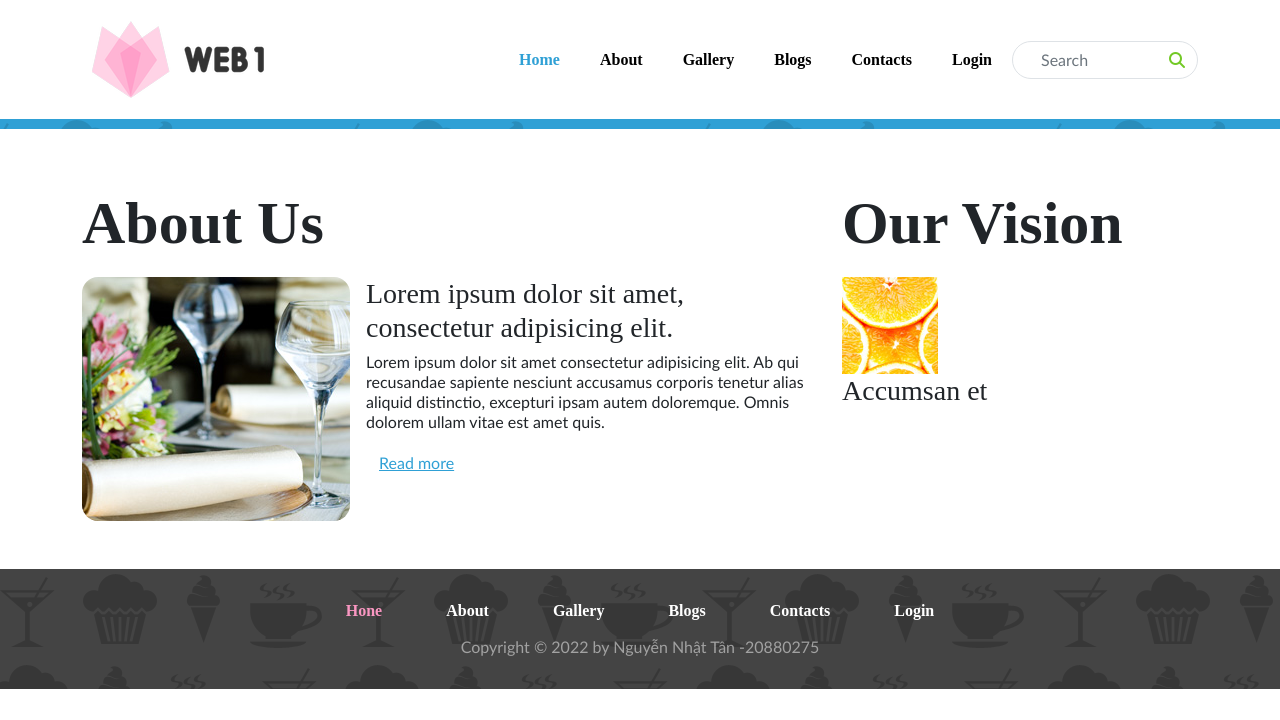
Repository: carembanhkem/web1-20880275
Page: about.html
The author's editor kept a copy of each file at every save. The page is drawn from the files as they stood at one save, then again after a run of saves.
The browser window is 1280 px wide. The pictures show the whole page.
Some web fonts or font styles are not loaded; a fallback is used. Some web libraries are served in a nearby version.

Above is the page before, as saved 2023-02-06 11:17:38.
Console error: ReferenceError: bootstrap is not defined

### about.html
<!doctype html>
<html lang="en">

<head>
    <title>20880275 - Web1 Project</title>
    <!-- Required meta tags -->
    <meta charset="utf-8">
    <meta name="viewport" content="width=device-width, initial-scale=1, shrink-to-fit=no">
    <!-- Favicon-->
    <link rel="shortcut icon" href="images/favicon.ico" type="image/x-icon">
    <!-- FontAweSome-->
    <script src="https://kit.fontawesome.com/ee054dad92.js" crossorigin="anonymous"></script>
    <!-- Google Fonts -->
    <link rel="preconnect" href="https://fonts.googleapis.com">
    <link rel="preconnect" href="https://fonts.gstatic.com" crossorigin>
    <link href="https://fonts.googleapis.com/css2?family=Changa+One&display=swap" rel="stylesheet">
    <!-- Bootstrap CSS v5.2.1 -->
    <link href="https://cdn.jsdelivr.net/npm/bootstrap@5.2.1/dist/css/bootstrap.min.css" rel="stylesheet"
        integrity="sha384-iYQeCzEYFbKjA/T2uDLTpkwGzCiq6soy8tYaI1GyVh/UjpbCx/TYkiZhlZB6+fzT" crossorigin="anonymous">
    <link rel="stylesheet" href="css/20880275.css">
</head>

<body>
    <header class="container">
        <nav class="navbar navbar-expand-sm navbar-light">
            <a class="navbar-brand" href="#">
                <img src="images/logo.png" alt="Web1 Logo">
            </a>
            <button class="navbar-toggler d-lg-none" type="button" data-bs-toggle="collapse" data-bs-target="#menu-header" aria-controls="menu-header"
                aria-expanded="false" aria-label="Toggle navigation"></button>
            <div class="collapse navbar-collapse" id="menu-header">
                <ul class="navbar-nav ms-auto mt-2 mt-lg-0">
                    <li class="nav-item">
                        <a class="nav-link active" href="index.html" aria-current="page">Home <span class="visually-hidden">(current)</span></a>
                    </li>
                    <li class="nav-item">
                        <a class="nav-link" href="about.html">About</a>
                    </li>
                    <li class="nav-item">
                        <a class="nav-link" href="gallery.html">Gallery</a>
                    </li>
                    <li class="nav-item">
                        <a class="nav-link" href="blogs.html">Blogs</a>
                    </li>
                    <li class="nav-item">
                        <a class="nav-link" href="contact.html">Contacts</a>
                    </li>
                    <li class="nav-item">
                        <a class="nav-link" href="#" data-bs-toggle="modal" data-bs-target="#modalLogin">Login</a>
                    </li>
                </ul>
                <form class="d-flex my-2 my-lg-0 border rounded-pill" id="formSearch">
                    <input class="form-control border-0 ms-3" type="text" placeholder="Search">
                    <button class="btn my-2 my-sm-0 border-0" type="submit"><i class="fa-solid fa-magnifying-glass"></i></button>
                </form>
            </div>
        </nav>
    </header>

    <section id="banner-small">

    </section>

    <section class="container py-5">
        <div class="row">
            <div class="col-8">
                <h1 class="py-3">About Us</h1>
                <div>
                    <img src="images/about-1.jpg" alt="About us" class="float-start rounded-4 me-3">
                    <h3>Lorem ipsum dolor sit amet, consectetur adipisicing elit.</h3>
                    <p>Lorem ipsum dolor sit amet consectetur adipisicing elit. Ab qui recusandae sapiente nesciunt accusamus corporis tenetur alias aliquid distinctio, excepturi ipsam autem doloremque. Omnis dolorem ullam vitae est amet quis.</p>
                    <a href="#" class="btn btn-link readmore">Read more</a>
                </div>
            </div>
            <div class="col-4">
                <h1 class="py-3">Our Vision</h1>
                <div>
                    <img src="images/vision/vision-1.jpg" alt="vision1">
                    <h3>Accumsan et</h3>

                </div>
            </div>
        </div>
    </section>

    <!-- Footer -->
    <footer class="text-center container-fluid text-white py-3">
        <ul class="nav justify-content-center py-3" id="menu-footer">
            <li class="nav-item">
                <a class="nav-link active" href="#" aria-current="page">Hone</a>
            </li>
            <li class="nav-item">
                <a class="nav-link" href="about.html">About</a>
            </li>
            <li class="nav-item">
                <a class="nav-link" href="gallery.html">Gallery</a>
            </li>
            <li class="nav-item">
                <a class="nav-link" href="blogs.html">Blogs</a>
            </li>
            <li class="nav-item">
                <a class="nav-link" href="contact.html">Contacts</a>
            </li>
            <li class="nav-item">
                <a class="nav-link" href="#" data-bs-toggle="modal" data-bs-target="#modalLogin">Login</a>
            </li>
        </ul>
        <p class="text-white-50">Copyright &copy; 2022 by  Nguyễn Nhật Tân -20880275</p>
    </footer>

    <!-- Modal Body -->
    <!-- if you want to close by clicking outside the modal, delete the last endpoint:data-bs-backdrop and data-bs-keyboard -->
    <div class="modal fade" id="modalLogin" tabindex="-1" data-bs-backdrop="static" data-bs-keyboard="false" role="dialog" aria-labelledby="modalTitleId" aria-hidden="true">
        <div class="modal-dialog modal-dialog-scrollable modal-dialog-centered modal-sm" role="document">
            <div class="modal-content">
                <div class="modal-header">
                    <button type="button" class="btn-close" data-bs-dismiss="modal" aria-label="Close"></button>
                </div>
                <div class="modal-body">
                    <form action="#" method="post" id="formLogin">
                        <h3 class="text-center">Login Form</h3>
                        <div class="mb-3">
                            <input type="text" name="username" id="username" placeholder="Username" class="form-control">
                        </div>
                        <div class="mb-3">
                            <input type="password" name="password" id="password" placeholder="Password" class="form-control">
                        </div>
                        <button type="submit" class="form-control btn">Login</button>
                    </form>
                </div>
                <div class="modal-footer">

                </div>
            </div>
        </div>
    </div>


    <!-- Optional: Place to the bottom of scripts -->
    <script>
        const myModal = new bootstrap.Modal(document.getElementById('modalLogin'), options)

    </script>

    <!-- Boostrap JavaScript Libraries -->
    <script src="https://cdn.jsdelivr.net/npm/@popperjs/core@2.11.6/dist/umd/popper.min.js"
        integrity="sha384-oBqDVmMz9ATKxIep9tiCxS/Z9fNfEXiDAYTujMAeBAsjFuCZSmKbSSUnQlmh/jp3" crossorigin="anonymous">
    </script>

    <script src="https://cdn.jsdelivr.net/npm/bootstrap@5.2.1/dist/js/bootstrap.min.js"
        integrity="sha384-7VPbUDkoPSGFnVtYi0QogXtr74QeVeeIs99Qfg5YCF+TidwNdjvaKZX19NZ/e6oz" crossorigin="anonymous">
    </script>
</body>

</html>

### css/20880275.css
:root {
    --web1-pink: #FA97C2;
    --web1-blue: #2FA0D5;
    --web1-green: #73C926;
}

body {
    font-family: 'Trebuchet MS', Arial, Helvetica, sans-serif;
    font-size: 16px;
    line-height: 20px;
}

h1, h2, h3, h4 {
    font-family: 'Changa One', cursive;
    font-weight: 400;
}

h1 {
    font-size: 60px;
    line-height: 60px;
    font-weight: 900;
}

/* Header */
#menu-header a {
    display: block;
    padding: 0 1.25rem;
    font-weight: bold;
    color: black;
    font-family: 'Changa One', cursive;
}
#menu-header a.active {
    color: var(--web1-blue);
}

#formSearch input {
    width: 8rem;
}

#formSearch i {
    color: var(--web1-green);
}

/* Banner */
#banner {
    background-image: url('../images/bg-banner.gif');
}

#banner > div {
    background: url('../images/logo_bg.png') left top no-repeat, url('../images/search_bg.png') right top no-repeat;
    padding: 5rem 0  3rem 0;
}

#banner a {
    background-color: var(--web1-pink);
    font-family: 'Changa One', cursive;
    font-size: 2rem;
}

#banner .carousel-item {
    min-height: 15rem; /*Do chieu cao khong co dinh nen minheight bang cai lon nhat de ko bi xe dich*/
}

#banner .carousel-indicators li {
    width: 1.2rem;
    height: 1.2rem;
    border-radius: 1.2rem; /* de no thanh hinh tron*/
    border: none; /* de no thanh hinh tron vi width = height = border radius*/
    margin: 0 0.25rem;
    position: relative;
}

#banner .carousel-indicators li span {
    position: absolute;
    top: 0.3rem;
    left: 0.3rem;
    width: 0.6rem;
    height: 0.6rem;
    border-radius: 0.6rem;
    border: none;
    text-align:left;
    text-indent: -9999px;
}

#banner .carousel-indicators li.active span{
    background-color: var(--web1-green);
}

/* banner small */
#banner-small {
    background-image: url(../images/bg-banner.gif);
    padding: 5px;
}

/* products */
.readmore {
    color: var(--web1-blue);
    margin-top: -4px;
}

.web1-text-blue {
    color: var(--web1-blue);
}

/* about us */
#aboutus {
    background-color: var(--web1-pink);
}

#formSignUp {
    border-style: dashed !important;
    border-color: rgba(0,0,0,0.5) !important;
}

/* news */
#news .date {
    background-color: var(--web1-green);
    width: 6rem;
    padding: 1.5rem;
}

/* Footer*/
footer {
    background-image: url('../images/bg-footer.gif');
}

#menu-footer a {
    color: white;
    font-weight: bold;
    font-family: 'Changa One', cursive;
    display: block;
    padding: 0 2rem;
}

#menu-footer a.active {
    color: var(--web1-pink);
}

/* Modal Login*/
#formLogin button[type="submit"]{
    background-color: var(--web1-blue);
    color: white;
}

After the next 2 saves:
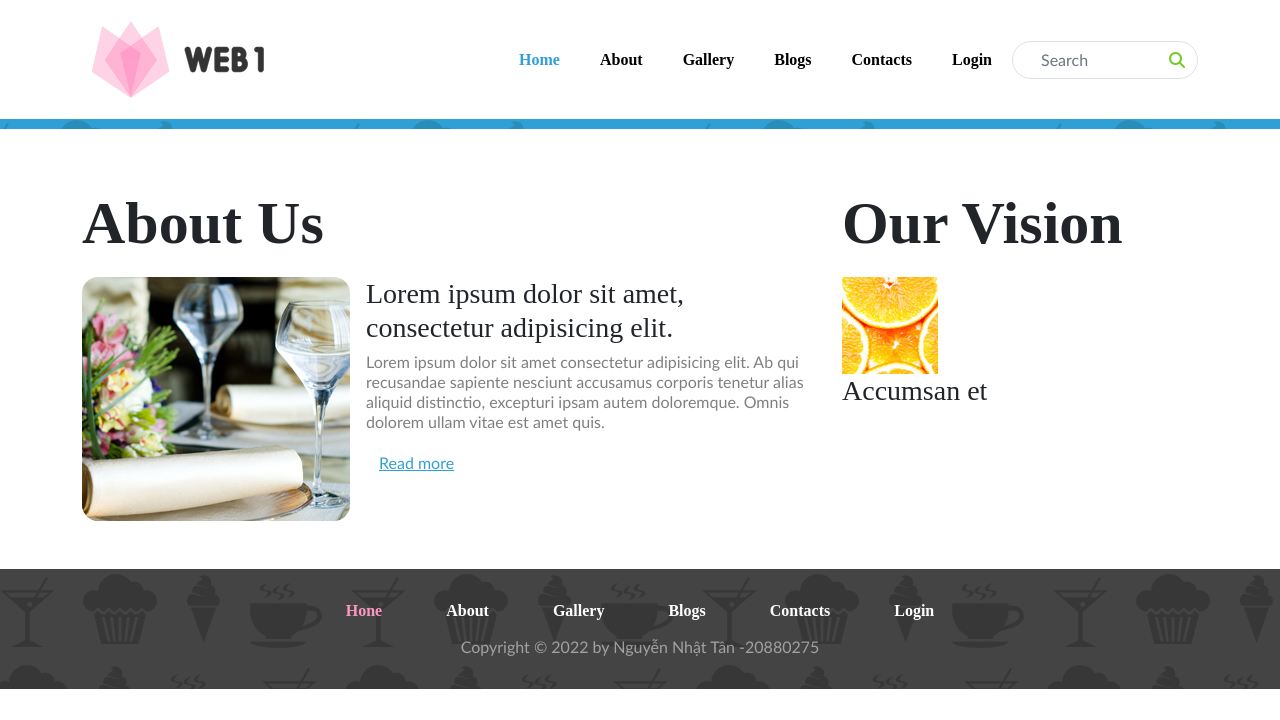
The 2 saves are shown as one change because they came seconds apart.
The last was saved 18 s later.
--- a/about.html
+++ b/about.html
@@ -68,7 +68,7 @@
                 <div>
                     <img src="images/about-1.jpg" alt="About us" class="float-start rounded-4 me-3">
                     <h3>Lorem ipsum dolor sit amet, consectetur adipisicing elit.</h3>
-                    <p>Lorem ipsum dolor sit amet consectetur adipisicing elit. Ab qui recusandae sapiente nesciunt accusamus corporis tenetur alias aliquid distinctio, excepturi ipsam autem doloremque. Omnis dolorem ullam vitae est amet quis.</p>
+                    <p class="text-black-50">Lorem ipsum dolor sit amet consectetur adipisicing elit. Ab qui recusandae sapiente nesciunt accusamus corporis tenetur alias aliquid distinctio, excepturi ipsam autem doloremque. Omnis dolorem ullam vitae est amet quis.</p>
                     <a href="#" class="btn btn-link readmore">Read more</a>
                 </div>
             </div>
